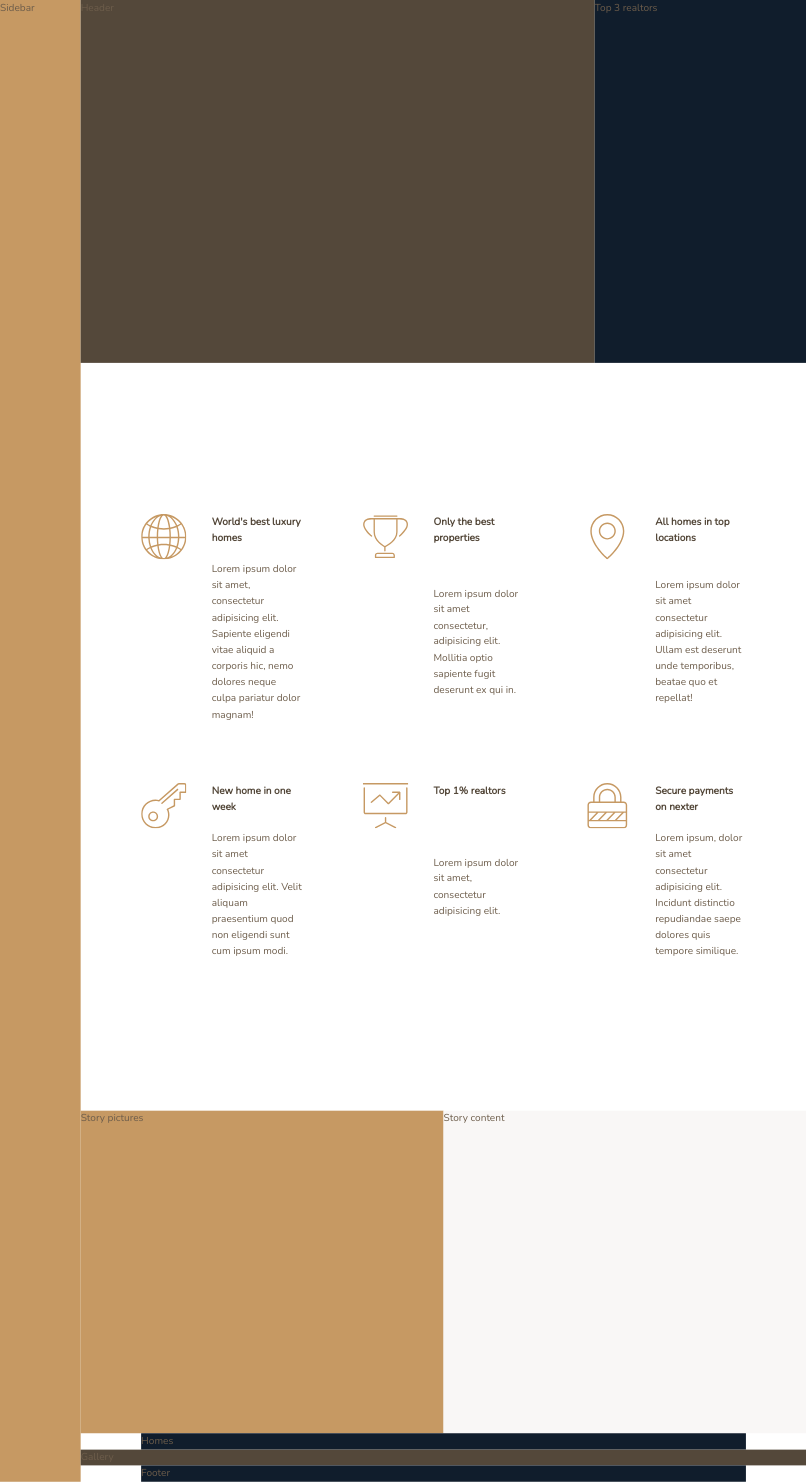
Repository: achwesiuk/nexter
Page: index.html
An editor plug-in stored every save of this project. The page is shown before and after the next save, followed by the edit.
The browser window is 1280 px wide. The pictures show the whole page, at 63% of full size.
The style sheet was rebuilt from its Sass, Less or Tailwind sources for each picture, by a compiler version that may differ from the author's.

Above is the page before, as saved 2021-02-19 18:03:57.

### index.html
<!DOCTYPE html>
<html lang="en">
    <head>
        <meta charset="UTF-8">
        <meta name="viewport" content="width=device-width, initial-scale=1.0">
        <meta http-equiv="X-UA-Compatible" content="ie=edge">

        <link href="https://fonts.googleapis.com/css?family=Josefin+Sans:300,400,400i|Nunito:300,300i" rel="stylesheet">
        <link rel="stylesheet" href="css/style.css">
        <link rel="shortcut icon" type="image/png" href="img/favicon.png">

        <title>nexter &mdash; your home, your freedom</title>
    </head>
    <body class="container">
        <div class="sidebar">
            Sidebar
        </div>

        <header class="header">
            Header
        </header>

        <div class="realtors">
            Top 3 realtors
        </div>

        <section class="features">
            <div class="feature">
                <svg class="feature__icon">
                    <use xlink:href="img/sprite.svg#icon-global"></use>
                </svg>
                <h4 class="heading-4--dark">World's best luxury homes</h4>
                <p class="feature-text">Lorem ipsum dolor sit amet, consectetur adipisicing elit. Sapiente eligendi vitae aliquid a corporis hic, nemo dolores neque culpa pariatur dolor magnam!</p>
            </div>
            <div class="feature">
                <svg class="feature__icon">
                    <use xlink:href="img/sprite.svg#icon-trophy"></use>
                </svg>
                <h4 class="heading-4--dark">Only the best properties</h4>
                <p class="feature-text">Lorem ipsum dolor sit amet consectetur, adipisicing elit. Mollitia optio sapiente fugit deserunt ex qui in.</p>
            </div>
            <div class="feature">
                <svg class="feature__icon">
                    <use xlink:href="img/sprite.svg#icon-map-pin"></use>
                </svg>
                <h4 class="heading-4--dark">All homes in top locations</h4>
                <p class="feature-text">Lorem ipsum dolor sit amet consectetur adipisicing elit. Ullam est deserunt unde temporibus, beatae quo et repellat!</p>
            </div>
            <div class="feature">
                <svg class="feature__icon">
                    <use xlink:href="img/sprite.svg#icon-key"></use>
                </svg>
                <h4 class="heading-4--dark">New home in one week</h4>
                <p class="feature-text">Lorem ipsum dolor sit amet consectetur adipisicing elit. Velit aliquam praesentium quod non eligendi sunt cum ipsum modi.</p>
            </div>
            <div class="feature">
                <svg class="feature__icon">
                    <use xlink:href="img/sprite.svg#icon-presentation"></use>
                </svg>
                <h4 class="heading-4--dark">Top 1% realtors</h4>
                <p class="feature-text">Lorem ipsum dolor sit amet, consectetur adipisicing elit.</p>
            </div>
            <div class="feature">
                <svg class="feature__icon">
                    <use xlink:href="img/sprite.svg#icon-lock"></use>
                </svg>
                <h4 class="heading-4--dark">Secure payments on nexter</h4>
                <p class="feature-text">Lorem ipsum, dolor sit amet consectetur adipisicing elit. Incidunt distinctio repudiandae saepe dolores quis tempore similique.</p>
            </div>
        </section>

        <div class="story__pictures">
            Story pictures
        </div>

        <div class="story__content">
            Story content
        </div>

        <section class="homes">
            Homes
        </section>

        <section class="gallery">
            Gallery
        </section>

        <footer>
            Footer
        </footer>
    </body>
</html>

### sass/main.scss
@import "base";
@import "typography";

@import "sidebar";
@import "header";
@import "realtors";
@import "features";
@import "story";
@import "homes";
@import "gallery";
@import "footer";

### sass/_base.scss
// COLOR VARIABLES
$color-primary: #c69963;
$color-primary-dark: #B28451;

$color-secondary: #101d2c;

$color-grey-light-1: #f9f7f6;
$color-grey-light-2: #aaa;

$color-grey-dark-1: #54483A;
$color-grey-dark-2: #6D5D4B;

// FONT VARIABLES
$font-primary: 'Nunito', sans-serif;
$font-display: 'Josefin Sans', sans-serif;

*,
*::before,
*::after {
    margin: 0;
    padding: 0;
    -webkit-box-sizing: inherit;
            box-sizing: inherit; //dziedziczy po HTML
}

.html {
    -webkit-box-sizing: border-box;
            box-sizing: border-box;
    font-size: 62.5%; // 10px / 16px = 62.5% -> 1rem = 10px
}

body {
    font-family: $font-primary;
    color: $color-grey-dark-2;
    font-weight: 300;
    line-height: 1.6;
}

.container {
    display: grid;
    grid-template-rows: 80vh min-content 40vw repeat(3, min-content); // 1.wiersz - wysokość wiersza jest wartością procentową vh; jest to siatka jawna z jednym wierszem, pozostałe elementy będą dodane w siatce niejawnej (elementy, które nie mają miejsca w siatce jawnej)
    // 2. wiersz - wysokość wiersza uzależniona od zawartej w nim treści
    // 2. auto - domyślne, jeżeli nic nie będzie określone; również dopasowuje się do treści
    // 3. wiersz - wiersz uzależniony od szerokości układu (podczas zmiany szerokości widoku zmieniają się wymiary wiersza - zwęża się, rośnie)
    // 4, 5, 6 - wysokość wiersza uzależnione od jego zawartości
    grid-template-columns: [sidebar-start] 8rem [sidebar-end full-start] minmax(6rem, 1fr) [center-start] repeat(8, [col-start] minmax(min-content, 14rem) [col-end]) [center-end] minmax(6rem, 1fr) [full-end];
}

### sass/_typography.scss
%heading { //extended działa przeciwnie do mixin; selektory (heading-1 etc.) są kopiowane to selektora na górze
    font-family: $font-display;
    font-weight: 400;
}

.heading-1 {
    @extend %heading;
}

.heading-2 {
    @extend %heading;
}

.heading-3 {
    @extend %heading;
}

.heading-4 {
    @extend %heading;
    font-size: 1.9rem;

    &--light {color: $color-grey-light-1;}
    &--dark {color: $color-grey-dark-1;}
}

### sass/_sidebar.scss
.sidebar {
    background-color: $color-primary;
    grid-column: sidebar-start / sidebar-end;
    grid-row: 1 / -1;
}

### sass/_header.scss
.header {
    background-color: $color-grey-dark-1;
    grid-column: full-start / col-end 6;
}

### sass/_realtors.scss
.realtors {
    background-color: $color-secondary;
    grid-column: col-start 7 / full-end;
}

### sass/_features.scss
.features {
    grid-column: center-start / center-end;

    margin: 15rem 0;

    display: grid;
    grid-template-columns: repeat(3, 1fr);
    //grid-template-rows: auto auto; niepotrzebne, ponieważ wiersze i tak układają się w ten sposób
    grid-gap: 6rem;
}

.feature {

    display: grid;
    grid-template-columns: min-content 1fr; //min-content odnosi się do wymiarów ikony
    //nie trzeba określać wierszy, mają mieć wielkość zawartej w nich treści
    grid-row-gap: 1.5rem;
    grid-column-gap: 2.5rem;

    &__icon {
        fill: $color-primary;
        width: 4.5rem;
        height: 4.5rem;

        //grid-row: 1 / -1; // -1 oznacza koniec JAWNEJ SIATKI, a tutaj jen niejawna
        grid-row: -1 / span 2;
    }

    &__text {
        font-size: 1.7rem;
    }
}

### sass/_story.scss
.story {

    &__pictures {
        background-color: $color-primary;
        grid-column: full-start / col-end 4;
    }

    &__content {
        background-color: $color-grey-light-1;
        grid-column: col-start 5 / full-end;
    }
}

### sass/_homes.scss
.homes {
    background-color: $color-secondary;
    grid-column: center-start / center-end;
}

### sass/_gallery.scss
.gallery {
    background-color: $color-grey-dark-1;
    grid-column: full-start / full-end;
}

### sass/_footer.scss
footer {
    background-color: $color-secondary;
    grid-column: center-start / center-end;
}

After the next save:
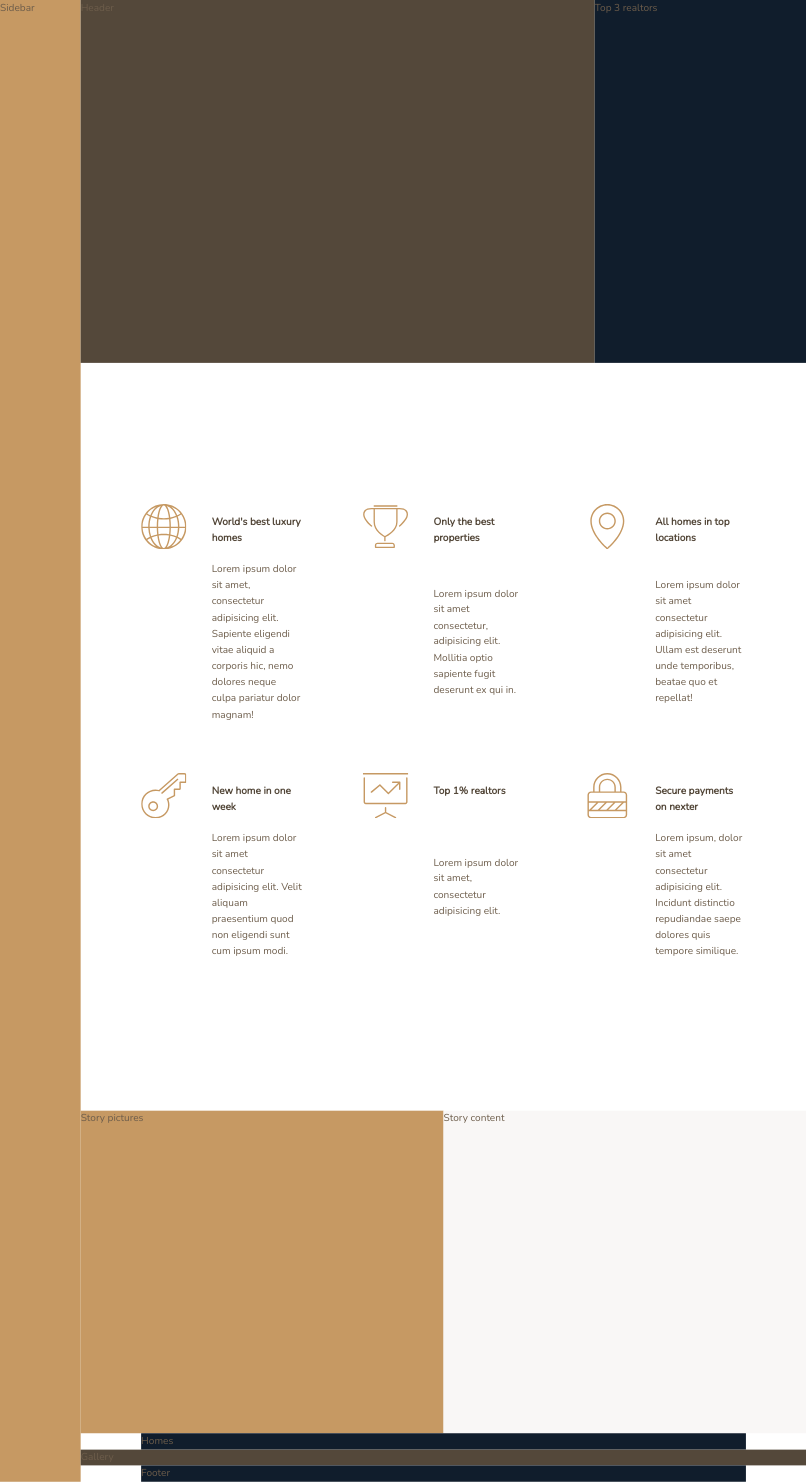
Saved 109 s later.
--- a/sass/_features.scss
+++ b/sass/_features.scss
@@ -21,6 +21,7 @@
         fill: $color-primary;
         width: 4.5rem;
         height: 4.5rem;
+        transform: translateY(-1rem);
 
         //grid-row: 1 / -1; // -1 oznacza koniec JAWNEJ SIATKI, a tutaj jen niejawna
         grid-row: -1 / span 2;
